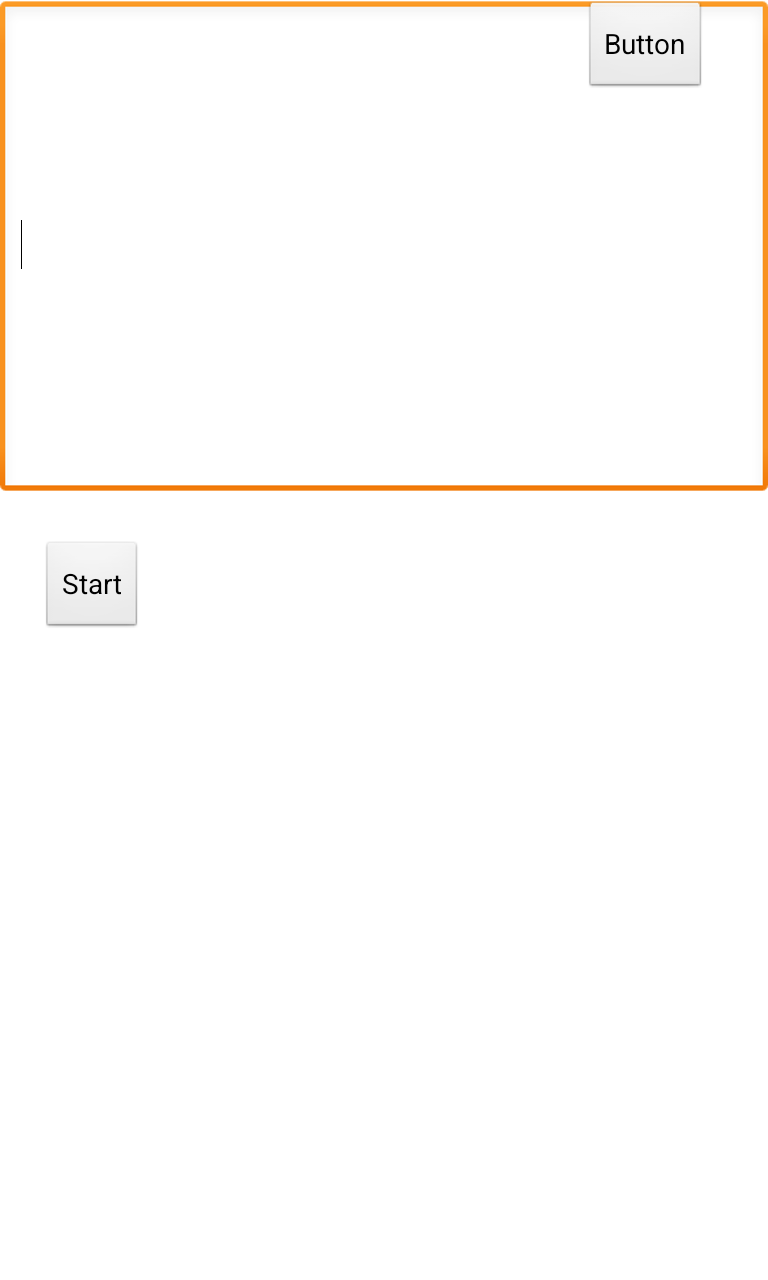
Repository: agejku/Embedded-Systems
Layout: Positionsensor/res/layout/activity_main.xml
These files come from the project's save history. The layout is drawn as it stood at one moment and after the next save; the edit follows.
It is drawn on a 768 x 1280 px phone screen (xhdpi) without system bars, with theme AppTheme; the app's code is not run.

Above is the layout before, as saved 2014-04-22 21:27:55.

After the next save:
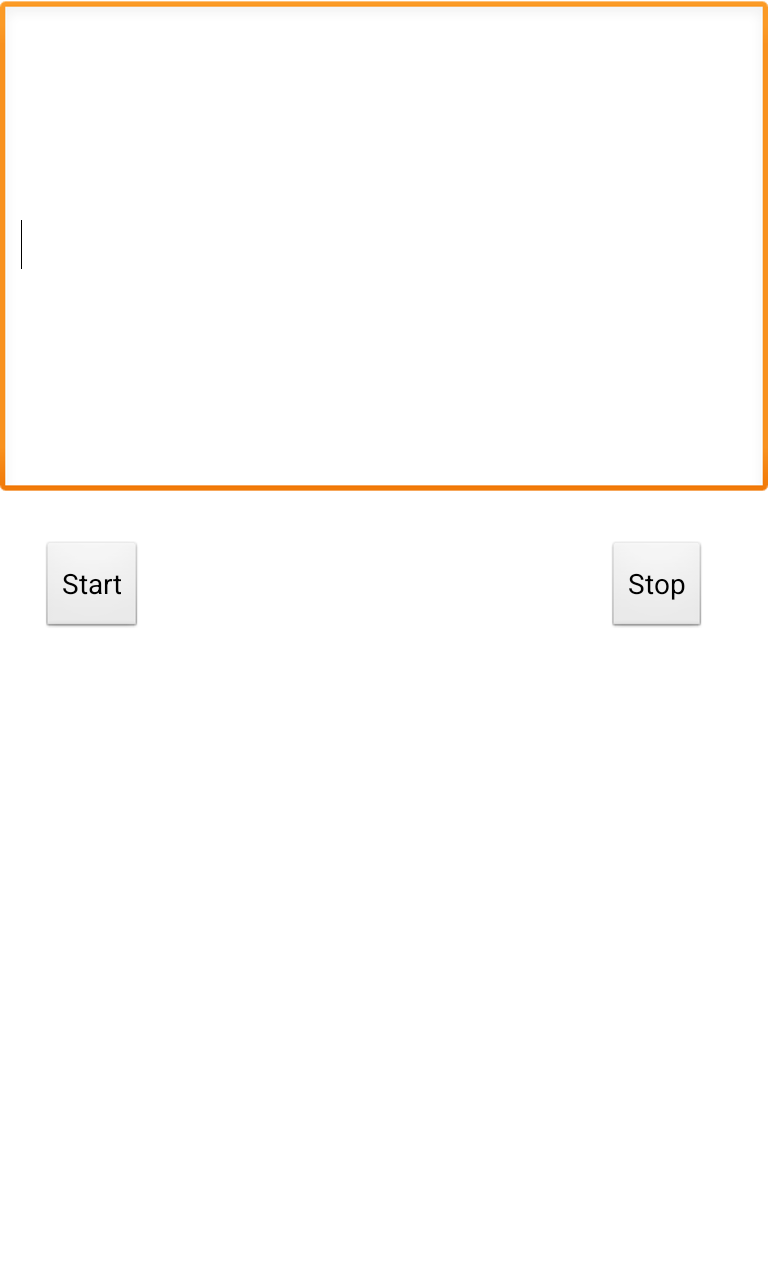
Saved 56 s later.
--- a/Positionsensor/res/layout/activity_main.xml
+++ b/Positionsensor/res/layout/activity_main.xml
@@ -57,14 +57,14 @@
             android:text="@string/button_start" />
 
         <Button
-            android:id="@+id/button2"
+            android:id="@+id/button_stop"
             android:layout_width="wrap_content"
             android:layout_height="wrap_content"
-            android:layout_alignBaseline="@+id/button1"
-            android:layout_alignBottom="@+id/button1"
+            android:layout_alignBaseline="@+id/button_start"
+            android:layout_alignBottom="@+id/button_start"
             android:layout_alignParentRight="true"
             android:layout_marginRight="30dp"
-            android:text="Button" />
+            android:text="@string/button_stop" />
 
     </RelativeLayout>
 
